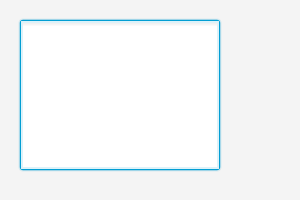
Repository: hoony-lab/java-projects
Program's window: java 20200401_JavaFX/20200408/src/application/ColorPicker01.java
An editor plug-in stored every save of this project. The program's window is shown before and after the next save, followed by the edit.
It runs on Java 21 on a 1366 x 768 screen with JavaFX 11; the title bar is not drawn.

Above is the program's window before, as saved 2020-04-08 00:46:13.

After the next save:
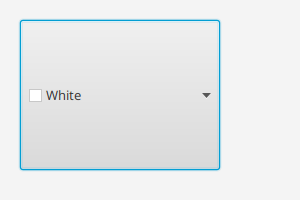
Saved 26 s later.
--- a/20200401_JavaFX/20200408/src/application/ColorPicker01.java
+++ b/20200401_JavaFX/20200408/src/application/ColorPicker01.java
@@ -3,6 +3,7 @@
 
 import javafx.application.Application;
 import javafx.scene.Scene;
+import javafx.scene.control.ColorPicker;
 import javafx.scene.control.TextArea;
 import javafx.scene.layout.AnchorPane;
 import javafx.stage.Stage;
@@ -10,13 +11,13 @@
 public class ColorPicker01 extends Application{
 	public static void main(String[] args) {
 		launch(args);
+	}
 
-	}
 	@Override
 	public void start(Stage primaryStage) throws Exception {
 		AnchorPane ap = new AnchorPane();
 
-		TextArea ta = new TextArea();
+		ColorPicker ta = new ColorPicker();
 		ta.setPrefSize(200, 150);
 		ta.setLayoutX(20);
 		ta.setLayoutY(20);
